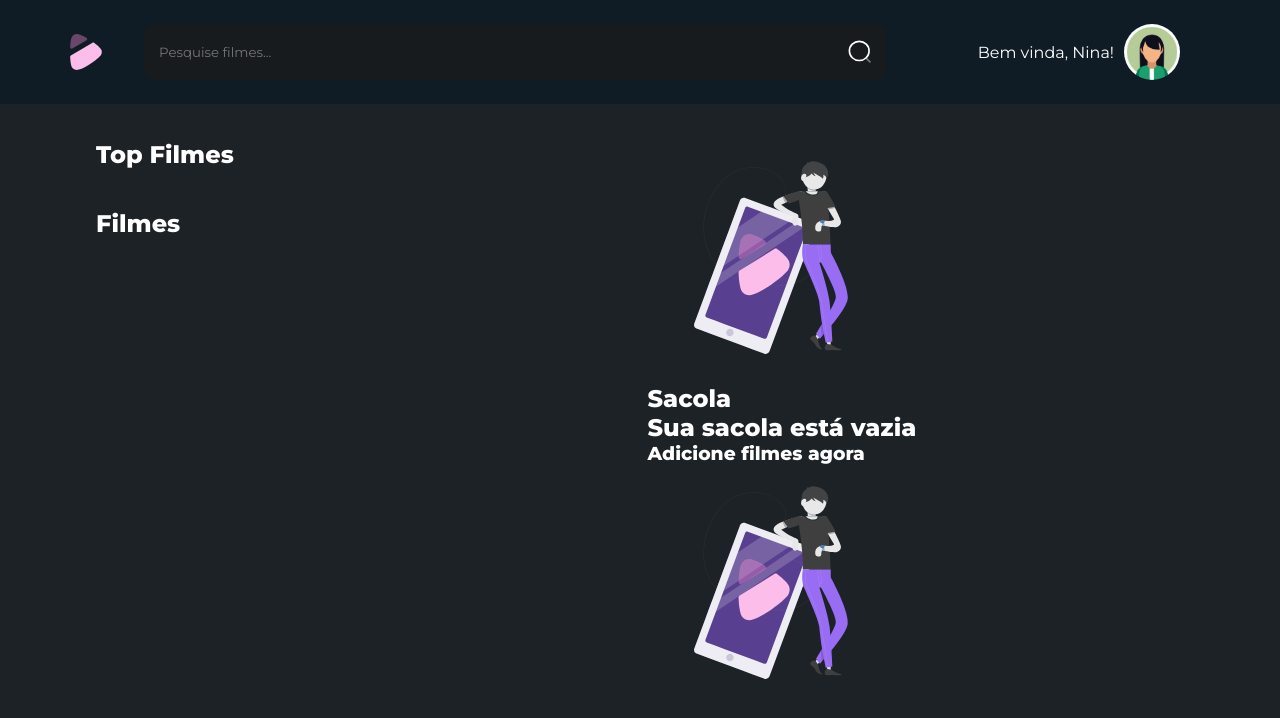
Repository: MilenaMelo/Cubos-Flix
Page: / (app in cubos-flix/)
The author's editor kept a copy of each file at every save. The page is drawn from the files as they stood at one save, then again after the next save.
The browser window is 1280 px wide. The pictures show the whole page.
The project was rebuilt for these pictures with package versions that can differ from the ones it lists, and the page was loaded fresh each time. Also part of the build but not shown: cubos-flix/src/components/Bag/style.css.

Above is the page before, as saved 2021-06-19 15:05:23.

After the next save:
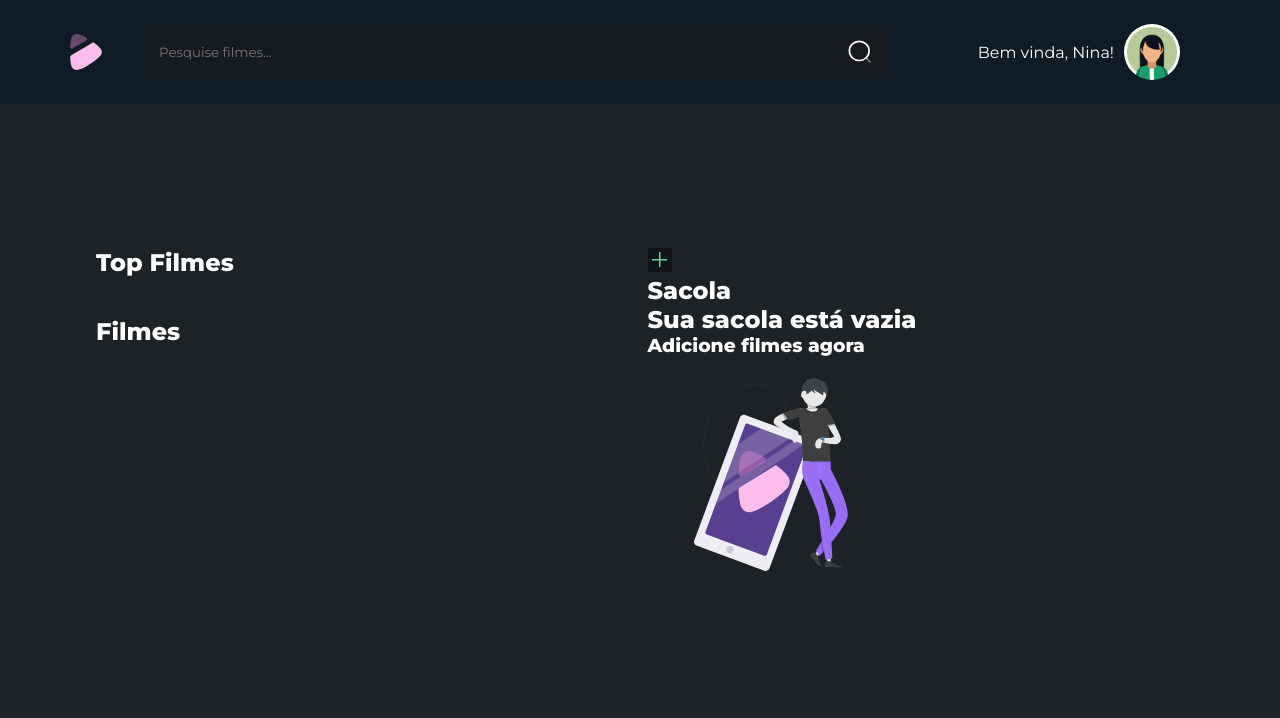
Saved 47 s later.
--- a/cubos-flix/src/components/Bag/index.js
+++ b/cubos-flix/src/components/Bag/index.js
@@ -1,11 +1,13 @@
 import './style.css'
 import bag_logo from '../../assets/images/person-illustration.svg'
+import bag_icon from '../../assets/images/plus-icon.svg'
+
 
 function Bag() {
     return (
         <div className='bag-container'>
           <header className='bag-header'>
-            <img src={bag_logo} alt="Ilustração" />
+            <img src={bag_icon} alt="Ilustração" />
             <h1>Sacola</h1>
           </header>
           <div className='bag-content'>
